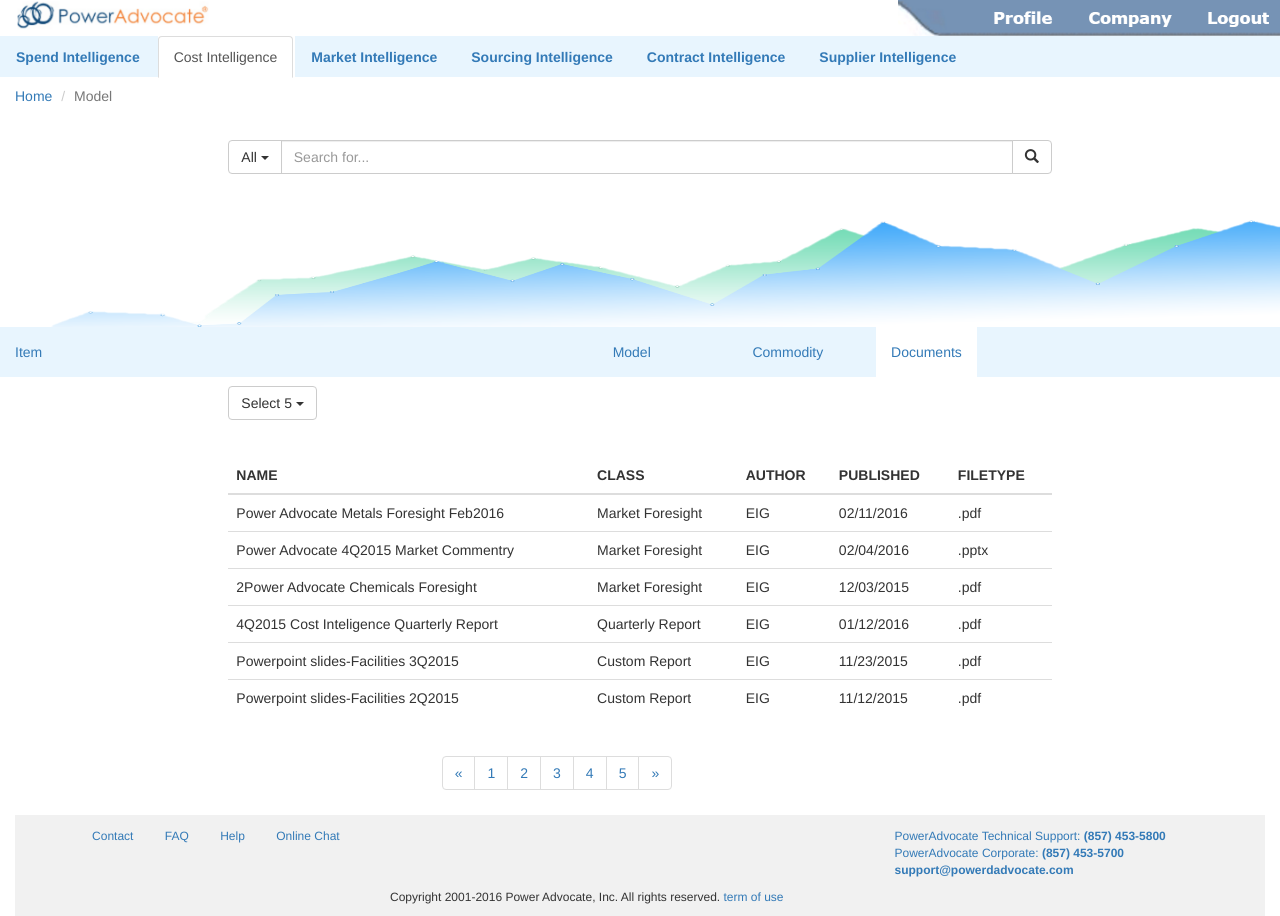
Repository: SamiraMansouri/PowerAdvocate-CostIntelligence-Application-new-Design-using-UserExperience-Method-
Page: http://localhost/PowerAdvocate/WEB-INF/views/Documents.jsp
The author's editor kept a copy of each file at every save. The page is drawn from the files as they stood at one save, then again after the next save.
The browser window is 1280 px wide. The pictures show the whole page.
The page is served by Tomcat 9. Nobody is signed in. Other server files are loaded and not shown. The template is opened directly, without the code that normally fills it, so the values that code supplies are empty.

Above is the page before, as saved 2016-04-25 05:53:28.

### PowerAdvocate-Prototype/PowerAdvocate/src/main/webapp/WEB-INF/views/Documents.jsp
<!DOCTYPE html>
<html lang="en">
<head>
<title>Documents</title>
<meta charset="utf-8">
<meta name="viewport" content="width=device-width, initial-scale=1">
<link rel="stylesheet"
	href="http://maxcdn.bootstrapcdn.com/bootstrap/3.3.6/css/bootstrap.min.css">
<script
	src="https://ajax.googleapis.com/ajax/libs/jquery/1.12.0/jquery.min.js"></script>
<script
	src="http://maxcdn.bootstrapcdn.com/bootstrap/3.3.6/js/bootstrap.min.js"></script>
</head>
<style>
.nav .navbar-nav>li>a:hover, .navbar-default .navbar-nav>li>a:focus {
	color: #ffff; /*Sets the text hover color on navbar*/
}

.nav .nav-tabs>.active>a, .nav .nav-tabs>.active>a:hover, .nav .nav-tabs>.active>a:focus
	{
	color: black; /*BACKGROUND color for active*/
	background-color: red;
}

.nav {
	background-color: #e8f5fe;
	border-color: white;
}

.nav>li>a:hover, .nav>li>a:focus {
	text-decoration: none;
	background-color: silver; /*Change rollover cell color here*/
}

.navbar-default .navbar-nav>li>a {
	color: white; /*Change active text color here*/
}

.top-buffer {
	margin-top: 3%;
}

.nav .nav-tabs {
	display: inline-block;
	float: none;
	vertical-align: top;
}

.nav .navbar-collapse {
	text-align: center;
}

#bs-example-navbar-collapse-1 {
	padding: 0;
}

lineblue {
	border-bottom: 5pt solid black;
}

.navbar-nav {
	width: 100%;
	text-align: center; > li { float : none;
	display: inline-block;
}

}
.active {
	background-color: #fff;
}

.btn-warning.btn-outline {
	color: #f0ad4e;
}

.btn-warning.btn-outline:hover {
	color: #fff;
}

.btn-outline {
	background-color: transparent;
	color: inherit;
	transition: all .5s;
}

.footer {
	background-color: #F1F1F1;
	padding-top: 1%;
	font-size: 12px;
}

#col1 li {
	display: inline;
	text-decoration: none;
	padding-left: 5%;
}

#col1 ul {
	padding-left: 0;
}

#col2 li {
	text-decoration: none;
	padding-left: 35%;
	list-style-type: none;
}
.image
{
padding-right:0;

}
ul.nav a:hover { background-color: #e8f5fe; font-weight:bold; !important; }
</style>
<body>

	<div class="container-fluid">
		<div class="row">
			<div class="col-md-4 ">
				<img src="resources/img/pa.png" alt="logo"
					style="width: 50%; height: 30%;">
			</div>
			<div class="col-md-8 image">
				<span class="pull-right "> <img src="resources/img/menu.png"
					class="pull-right " alt="logo" style="width: 60%; height: 30%;">
				</span>
			</div>
		</div>

		<!--end of row-->
		<div class="row">
			<ul class="nav nav-tabs">
				<li role="presentation"><a href="#"><b>Spend
							Intelligence</b></a></li>
				<li role="presentation" class="active"><a href="#">Cost
						Intelligence</a></li>
				<li role="presentation"><a href="#"><b>Market
							Intelligence</b></a></li>
				<li role="presentation"><a href="#"><b>Sourcing
							Intelligence</b></a></li>
				<li role="presentation"><a href="#"><b>Contract
							Intelligence</b></a></li>
				<li role="presentation"><a href="#"><b>Supplier
							Intelligence</b></a></li>
			</ul>
		</div>
		<!--end of row-->

		<div class="row">
			<ol class="breadcrumb"
				style="margin-bottom: 2%; background-color: #fff;">
				<li><a href="/prototype/home">Home</a></li>
				<li class="active">Model</li>
			</ol>
		</div>
		<!-- bread crumb -->

		<div class="row">
			<div class="col-lg-2"></div>
			<div class="col-lg-8">
				<div class="input-group">
					<div class="input-group-btn">
						<button type="button" class="btn btn-default dropdown-toggle"
							data-toggle="dropdown" aria-haspopup="true" aria-expanded="false">
							All <span class="caret"></span>
						</button>
						<ul class="dropdown-menu">
							<li><a href="#">All</a></li>
							<li role="separator" class="divider"></li>
							<li><a href="#">Model</a></li>
							<li><a href="#">Item</a></li>
							<li><a href="#">Commodity</a></li>
						</ul>
					</div>
					<!-- btn-group -->

					<input type="text" class="form-control" placeholder="Search for..." />
					<span class="input-group-btn">
						<button class="btn btn-default" type="button">
							<span class="glyphicon glyphicon-search" aria-hidden="true"></span>
						</button>
					</span>
				</div>
				<!-- /input-group -->
			</div>
			<!-- lg-8 -->
			<div class="col-lg-2"></div>
		</div>
		<!-- /row -->

		<div class="row">
			<div class="col-md-12 image">
				<img  src="resources/img/background_less.png" alt="logo"
					style="width: 100%; height: 115px; margin-top:3%;">
			</div>
		</div>
		<!-- row -->

		<div class="row">
			<div class=" collapse navbar-collapse "
				id="bs-example-navbar-collapse-1">
				<ul class="nav navbar-nav">
				<li><a href="#"></a></li>
				<li><a href="#"></a></li>
				<li><a href="#"></a></li>
				<li><a href="#"></a></li>
				<li><a href="#"></a></li>
				<li><a href="#"></a></li>
				<li><a href="#"></a></li>
				<li><a href="#"></a></li>
					<li ><a href="/prototype/home" >Model</a></li>
									<li><a href="#"></a></li>
					<li class="pull-left"><a href="/prototype/Item">Item</a></li>
									<li><a href="#"></a></li>
					<li><a href="/prototype/Commodity">Commodity</a></li>
									<li><a href="#"></a></li>
					<li class="active"><a href="#">Documents</a></li>
									<li><a href="#"></a></li>
				</ul>
			</div>
			<!-- /.navbar-collapse -->
		</div>

		 <div class="row " >
    	<div class="col-md-2"></div>
    	<div class="col-md-2">
    		  <div class="dropdown pull-left" style="margin-top:5%;">
  						<button class="btn btn-default dropdown-toggle" type="button" id="dropdownMenu2" data-toggle="dropdown" aria-haspopup="true" aria-expanded="false">
    							Select 5
    						<span class="caret"></span>
  						</button>
  							<ul class="dropdown-menu" aria-labelledby="dropdownMenu2">
    							<li><a href="#">Select 5</a></li>
    							<li><a href="#">Select 10</a></li>
    							<li><a href="#">Select 50</a></li>
    							<li><a href="#">Select 100</a></li>
  							</ul>
			   </div>
    	</div>
    </div>

    <div class="row" style="margin-top:3%;">
    	<div class="col-sm-2"></div>
    	<div class="col-sm-8">
    		<table class="table table-hover">
    					<thead>
      						<tr>
        						<th>NAME</th>
                    <th>CLASS</th>
        						<th>AUTHOR </th>
        						<th>PUBLISHED</th>
                    <th>FILETYPE</th>
      						</tr>
    					</thead>
    					<tbody>
      							<tr>
        							<td>Power Advocate Metals Foresight Feb2016</td>
                      <td>Market Foresight</td>
        							<td>EIG </td>
        							<td>02/11/2016</td>
                      <td>.pdf</td>
      							</tr>
      							<tr>
        							<td>Power Advocate 4Q2015 Market Commentry</td>
                      <td>Market Foresight</td>
        							<td>EIG </td>
        							<td>02/04/2016</td>
                      <td>.pptx</td>
      							</tr>
      							<tr>
        							<td>2Power Advocate Chemicals Foresight </td>
                      <td>Market Foresight</td>
        							<td>EIG </td>
        							<td>12/03/2015</td>
                      <td>.pdf</td>
      							</tr>
      							<tr>
        							<td>4Q2015 Cost Inteligence Quarterly Report</td>
                      <td>Quarterly Report</td>
                      <td>EIG </td>
        							<td>01/12/2016</td>
                      <td>.pdf</td>
      							</tr>
      							<tr>
        							<td>Powerpoint slides-Facilities 3Q2015</td>
                      <td>Custom Report</td>
        							<td>EIG </td>
        							<td>11/23/2015</td>
                      <td>.pdf</td>
      							</tr>
                    <tr>
                      <td>Powerpoint slides-Facilities 2Q2015</td>
                      <td>Custom Report</td>
                      <td>EIG </td>
                      <td>11/12/2015</td>
                      <td>.pdf</td>
                    </tr>
    					</tbody>
    			</table>
    	</div>
    </div>
	<!-- pagination -->
	<div class="row">
		<div class="col-md-2"></div>
		<div class="col-md-2"></div>
		<div class="col-md-8 ">
			<nav>
				<ul class="pagination">
					<li><a href="#" aria-label="Previous"> <span
							aria-hidden="true">&laquo;</span>
					</a></li>
					<li><a href="#">1</a></li>
					<li><a href="#">2</a></li>
					<li><a href="#">3</a></li>
					<li><a href="#">4</a></li>
					<li><a href="#">5</a></li>
					<li><a href="#" aria-label="Next"> <span
							aria-hidden="true">&raquo;</span>
					</a></li>
				</ul>
			</nav>
		</div>
	</div>
	<!--pagination-->
	<!--footer-->
	<div class="footer">
		<div class="row ">
			<div class="col-md-6" id="col1" style="padding-left: 5%;">
				<ul>
					<li><a src="#"> Contact</a></li>
					<li><a src="#"> FAQ </a></li>
					<li><a src="#"> Help</a></li>
					<li><a src="#"> Online Chat</a></li>
				</ul>
			</div>

			<div class="col-md-6" id="col2">
				<ul>
					<li><a src="#"> PowerAdvocate Technical Support:<b> (857)
							453-5800</b></a></li>
					<li><a src="#"> PowerAdvocate Corporate: <b>(857) 453-5700 </b></a></li>
					<li><a src="#"><b>support@powerdadvocate.com</b> </a></li>
				</ul>
			</div>
		</div>
		<div class="row">
			<div class="col-md-12">
				<p style="padding-left: 30%;">
					Copyright 2001-2016 Power Advocate, Inc. All rights reserved.<a
						src="#"> term of use </a>
				</p>
			</div>
		</div>
	</div>
	<!-- end of footer-->


	</div>
</body>
</html>

After the next save:
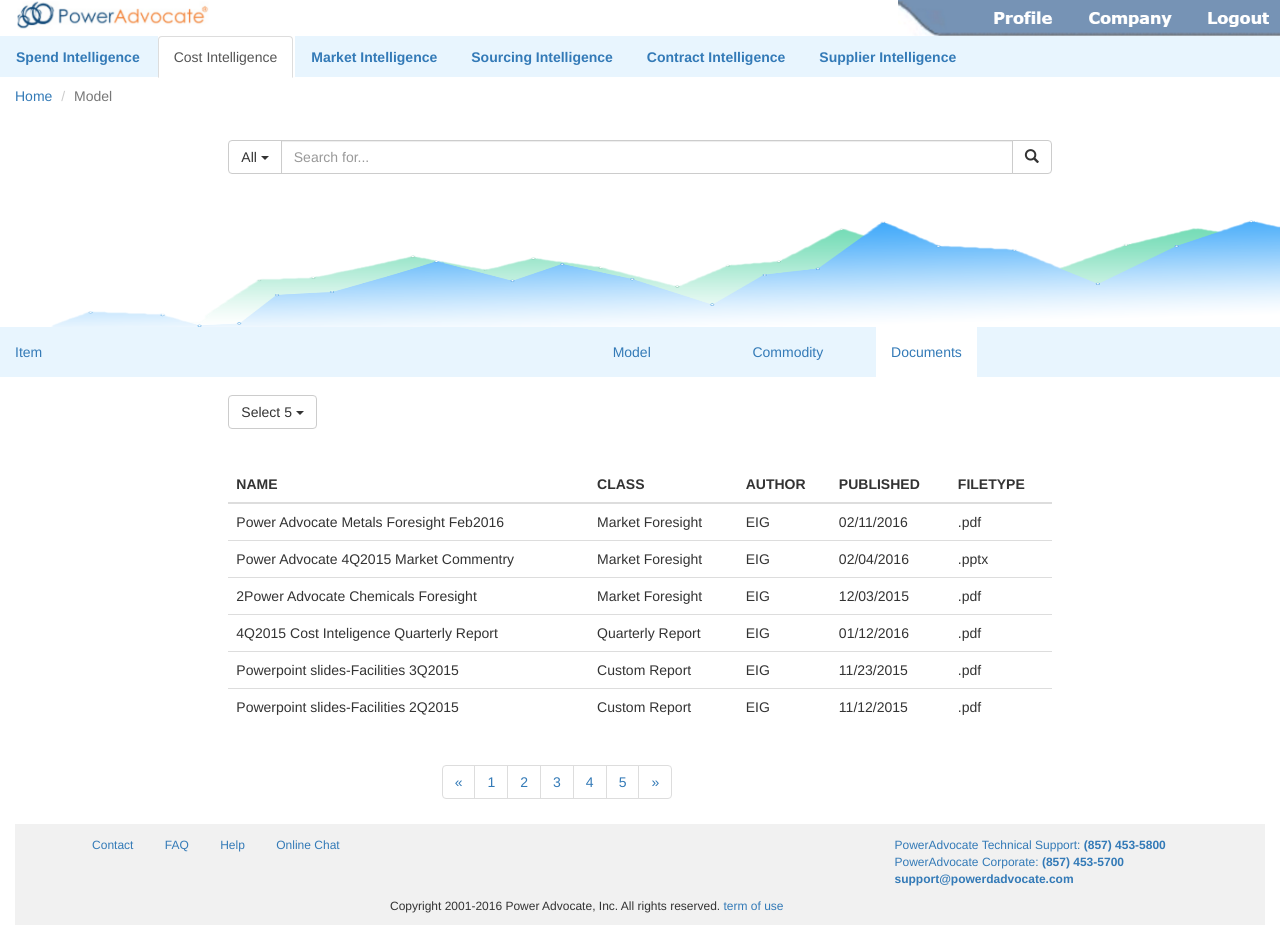
Saved 6 s later.
--- a/PowerAdvocate-Prototype/PowerAdvocate/src/main/webapp/WEB-INF/views/Documents.jsp
+++ b/PowerAdvocate-Prototype/PowerAdvocate/src/main/webapp/WEB-INF/views/Documents.jsp
@@ -223,7 +223,7 @@
 		 <div class="row " >
     	<div class="col-md-2"></div>
     	<div class="col-md-2">
-    		  <div class="dropdown pull-left" style="margin-top:5%;">
+    		  <div class="dropdown pull-left" style="margin-top:10%;">
   						<button class="btn btn-default dropdown-toggle" type="button" id="dropdownMenu2" data-toggle="dropdown" aria-haspopup="true" aria-expanded="false">
     							Select 5
     						<span class="caret"></span>
